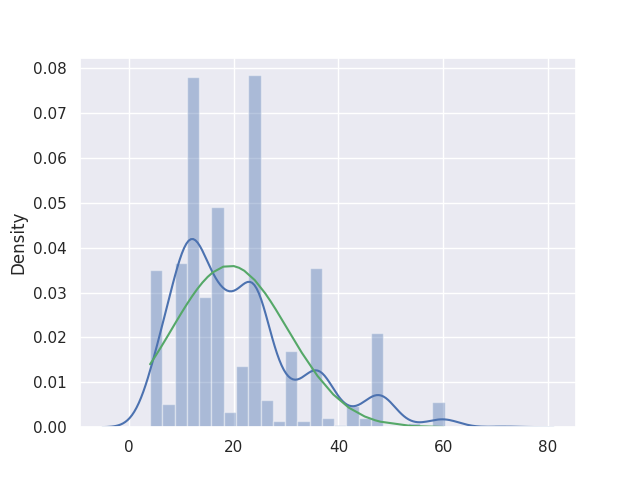
Repository: Suelt/Hust-SE-introduction-to-ML
Script's output: python Bayes Classification/Gaussian.py
These files come from the project's save history. The script's output is drawn as it stood at one moment and after the next save; the edit follows.
Random numbers start from a fixed seed.

Above is the script's output before, as saved 2021-04-28 12:18:12.

### Bayes Classification/Gaussian.py
import pandas as pd
import numpy as np
import matplotlib.pyplot as plt
import seaborn as sns
from scipy.stats import norm
credit = pd.read_csv("C:\\pyproject\\Bayes Classification\\transformed.csv")

df=credit[credit['credit_risk'].isin(['good'])]
list_status=df['duration']
length=list_status.shape[0]

values = list_status.value_counts().keys().tolist()
values.sort()
# Gaussian_result={}
# whole_percent=0
# rate=0
# #calculate the whole rate
# for value in values:
#     rate=list_status.value_counts()[value]/length
#     whole_percent+=rate
#     Gaussian_result[value]=whole_percent
# fig = plt.figure()
# ax = fig.add_subplot()
# x=[]
# y=[]
# for value in values:
#     x.append(value)
#     y.append(Gaussian_result[value])
# parameter = np.polyfit(x, y, 3)
# y2=[]

# for i in x:
#     y2_value = parameter[0] * i ** 3 + parameter[1] * i ** 2 + parameter[2] * i + parameter[3]
#     y2.append(y2_value)
# print(x)
# plt.scatter(x, y)
# plt.plot(x, y2, color='g')
# # for value in values:
# #     ax.scatter(value, list_status.value_counts()[value])
# ax.set_xlabel('value')
# ax.set_ylabel('value_counts')
# plt.grid()
# plt.show()

sns.set()
x=list(credit['duration'])
sns.distplot(x)

arr_mean = np.mean(list_status)
arr_std = np.std(list_status,ddof=1)
gaussian_result=[]
y=[]
x=[]
for i in values:
    r_2 = norm.pdf(i, loc=arr_mean, scale=arr_std)
    y.append(r_2)
    x.append(i)
plt.plot(x,y,color='g')
plt.show()

Loaded but not shown: Bayes Classification/transformed.csv (1001 lines, source omitted)

After the next save:
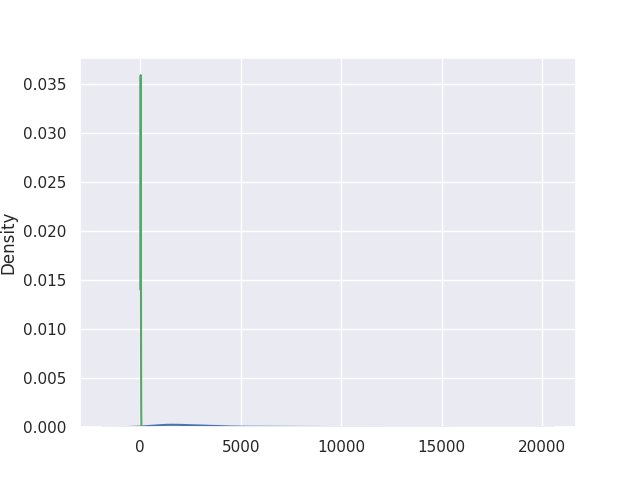
Saved 2 min 23 s later.
--- a/Bayes Classification/Gaussian.py
+++ b/Bayes Classification/Gaussian.py
@@ -43,7 +43,7 @@ values.sort()
 # plt.show()
 
 sns.set()
-x=list(credit['duration'])
+x=list(credit['amount'])
 sns.distplot(x)
 
 arr_mean = np.mean(list_status)
